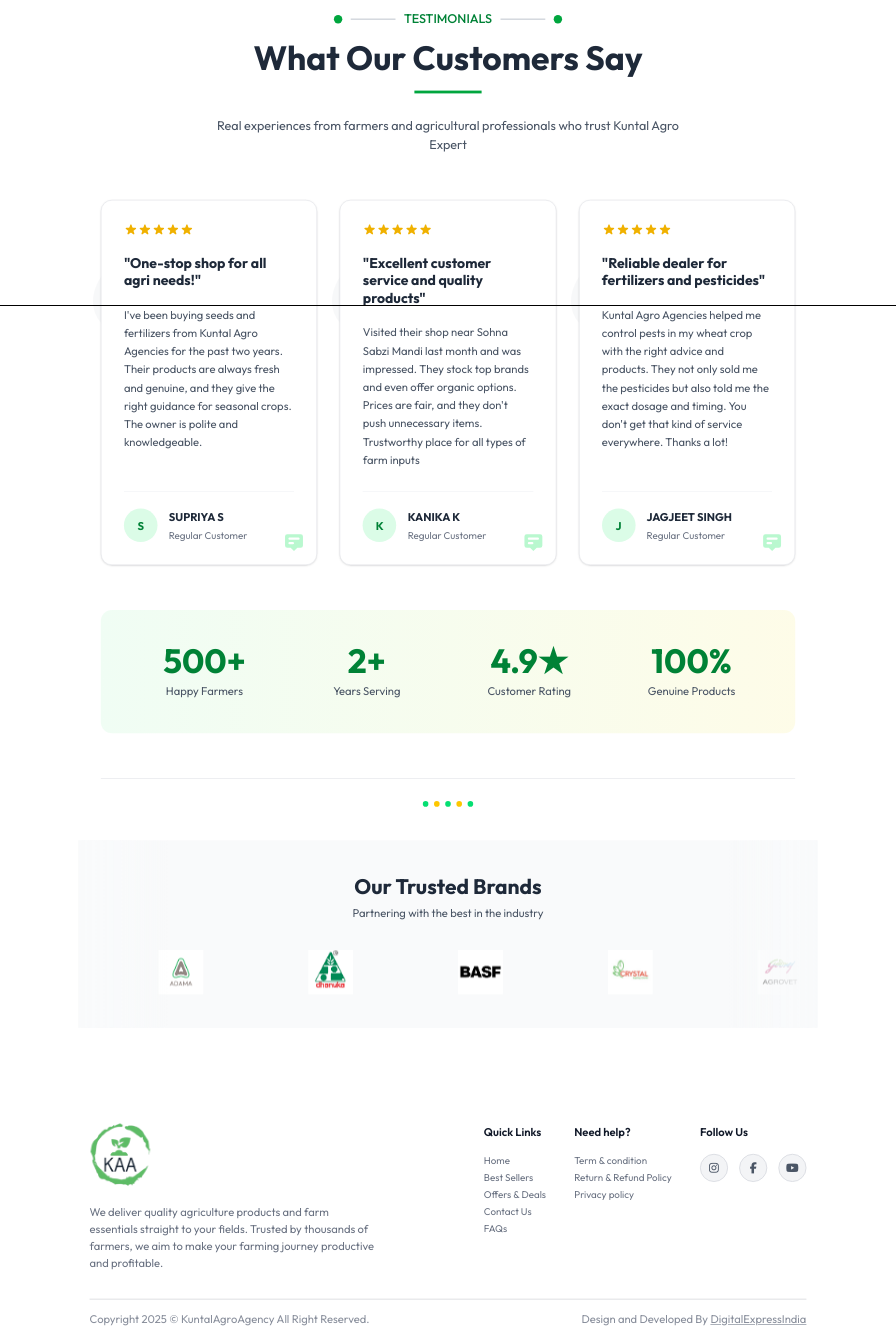
Repository: deepak445566/agro
Page: / (app in client/)
The author's editor kept a copy of each file at every save. The page is drawn from the files as they stood at one save, then again after the next save.
The browser window is 1280 px wide. The pictures show the part of the page from y = 2469 to 4389 px (the page is 4381 px tall before and 4389 px after), at 70% of full size.
The page's requests for data from a server got no answer. Some web fonts or font styles are not loaded; a fallback is used. Some web libraries are served in a nearby version. The project was rebuilt for these pictures with package versions that can differ from the ones it lists, and the page was loaded fresh each time. Some packages were replaced by stand-ins written for this rebuild. No one was signed in, and anything a server would have sent is missing. Also part of the build but not shown: client/vite.config.js, client/src/components/ProductCard.jsx, client/src/components/BottomBanner.jsx, client/src/components/NewsLetter.jsx, client/src/components/Login.jsx, client/src/pages/AllProduct.jsx, client/src/pages/Productcato.jsx, client/src/pages/ProductDetail.jsx and 13 more.

Above is the page before, as saved 2025-12-23 14:39:47.

After the next save:
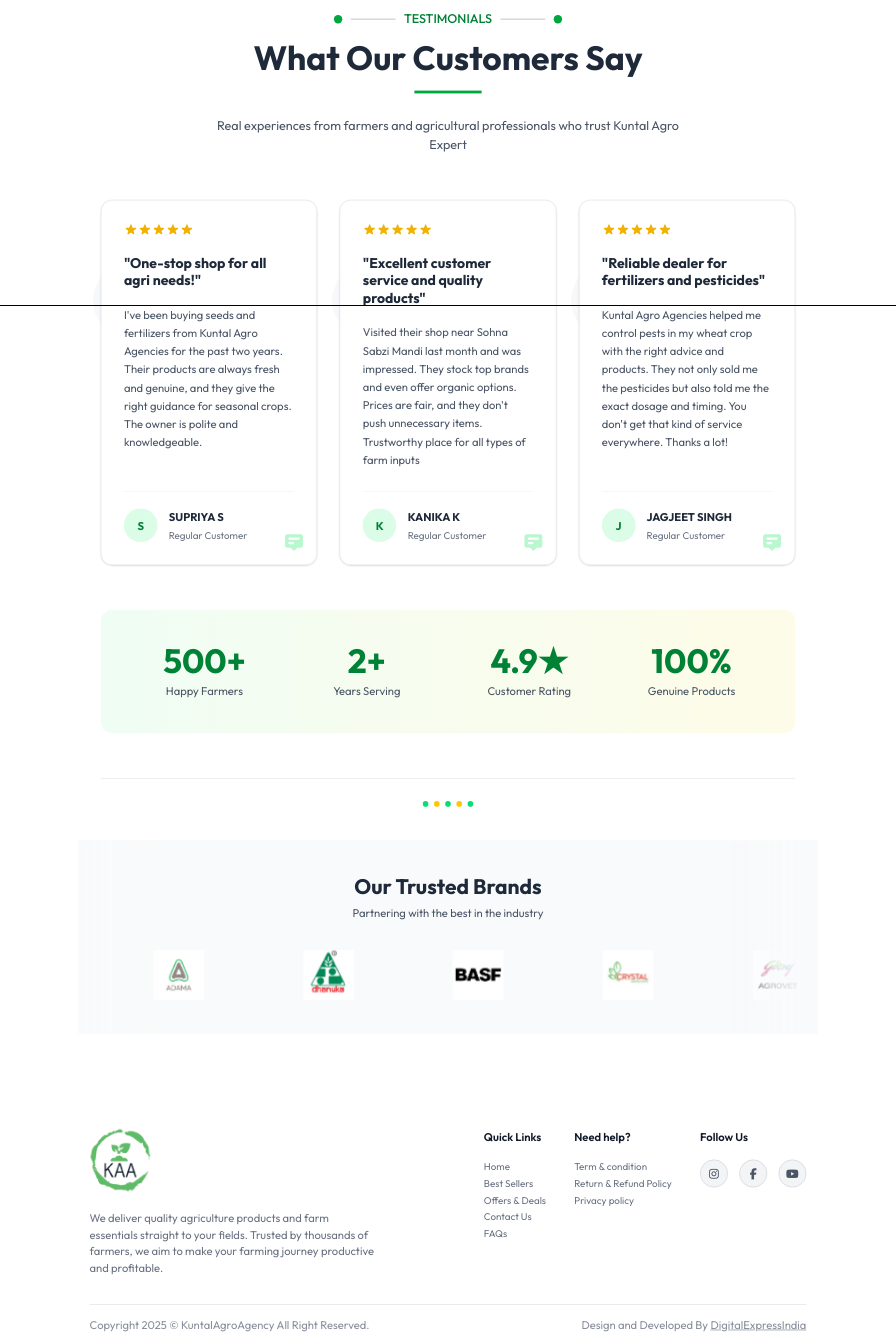
Saved 22 s later.
--- a/client/src/components/Brands.jsx
+++ b/client/src/components/Brands.jsx
@@ -31,7 +31,7 @@
                             <img
                                 src={file}
                                 alt={`Brand ${index + 1}`}
-                                className="brand-image h-16 w-auto object-contain   transition-all duration-300"
+                                className="brand-image h-18 w-auto object-contain   transition-all duration-300"
 
                                 loading="lazy"
                             />
